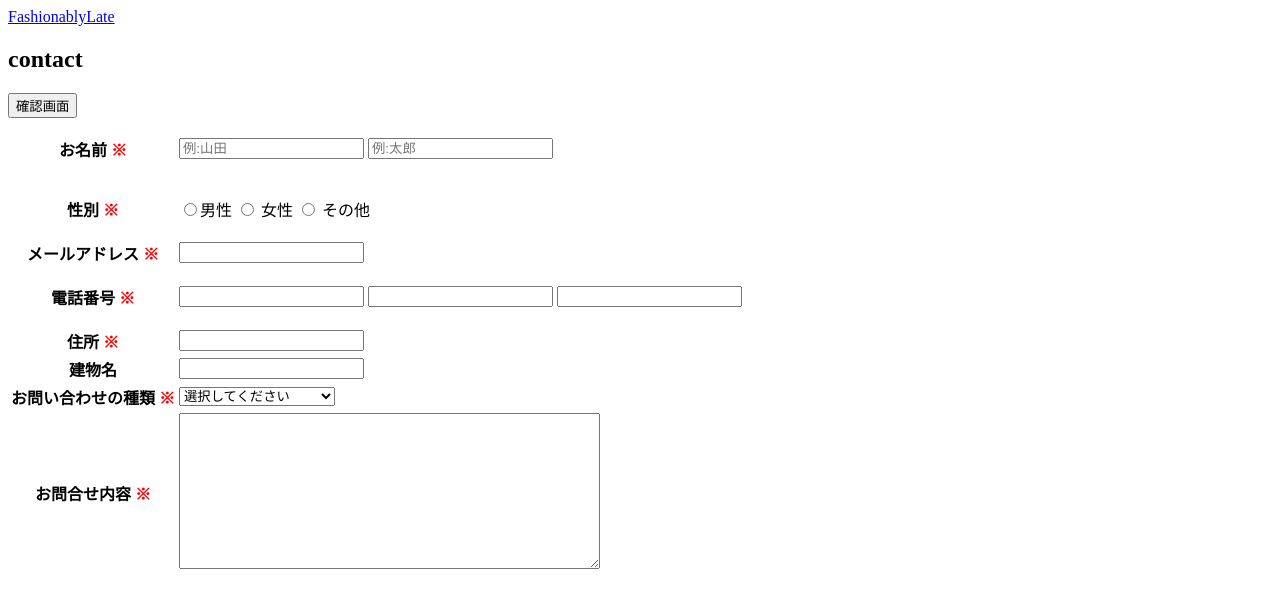
Repository: tokisiro/test-form
Page: http://localhost/
These files come from the project's save history. The page is drawn as it stood at one moment and after the next save; the edit follows.
The browser window is 1280 px wide. The pictures show the whole page.
The page is served by the project's Laravel application, run on PHP 8.4 with Laravel 8. A made-up administrator, Test User (test@example.com), is signed in.

Above is the page before, as saved 2025-05-04 10:34:40.

After the next save:
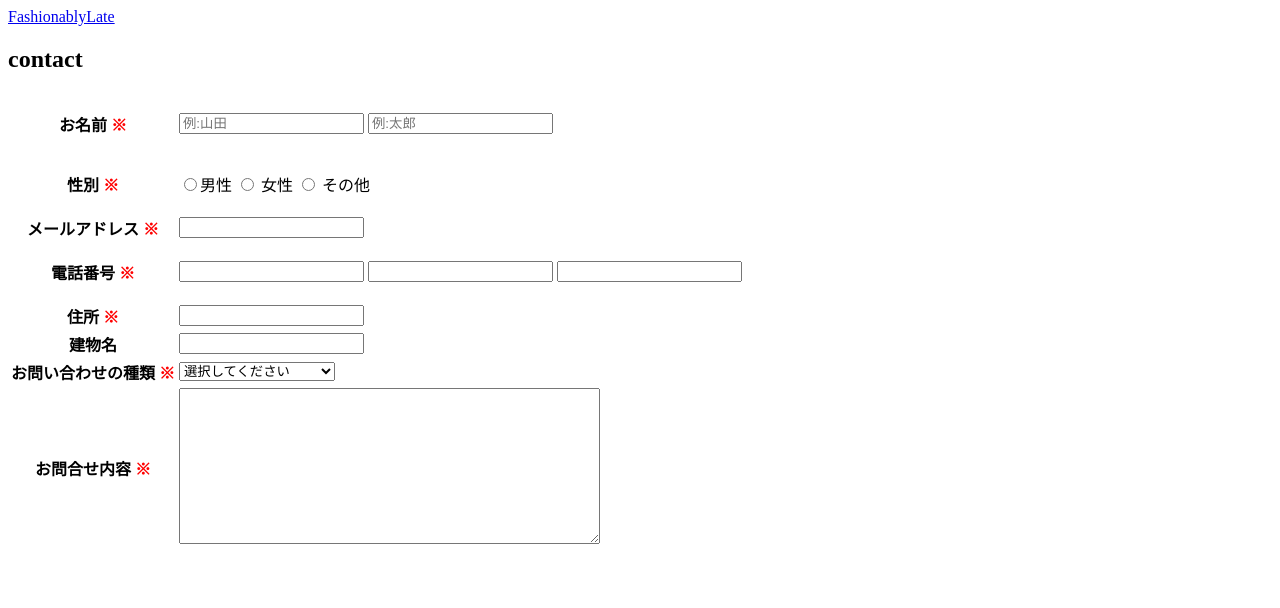
Saved 16 s later.
--- a/src/resources/views/index.blade.php
+++ b/src/resources/views/index.blade.php
@@ -124,10 +124,6 @@
                                         <textarea name="detail" cols="50" rows="10"></textarea>
                                     </td>
                                 </tr>
-                            <div class="register-form__button">
-                                <button class="register-form__button-submit" type="submit">
-                                確認画面
-                                </button>
                             </div>
                         </table>
                     </form>
